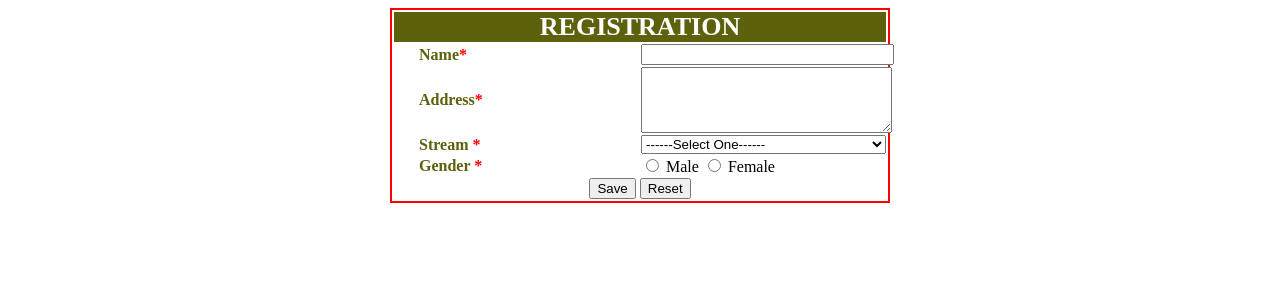
Repository: nsbgit/JavaTutorial
Page: http://localhost/Proj/
The author's editor kept a copy of each file at every save. The page is drawn from the files as they stood at one save, then again after the next save.
The browser window is 1280 px wide. The pictures show the whole page.
The page is served by Tomcat 9.

Above is the page before, as saved 2013-09-29 08:43:13.

After the next save:
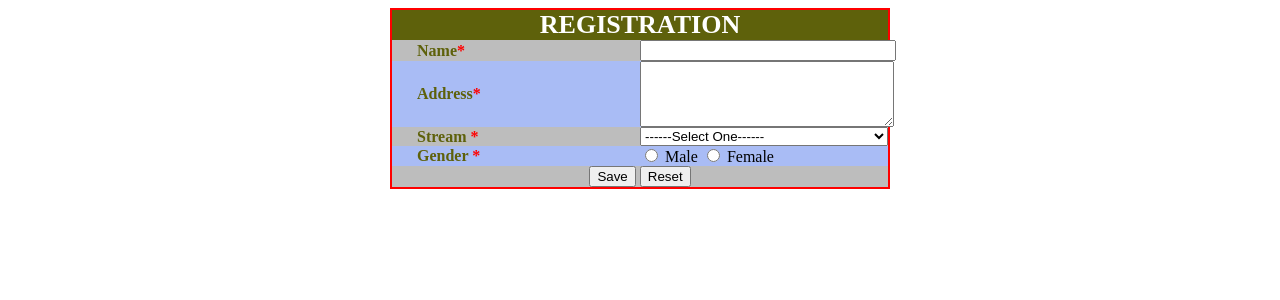
Saved 105 s later.
--- a/Webel/IDE/2013-09-29/TheSukanta/Proj/WebContent/first.jsp
+++ b/Webel/IDE/2013-09-29/TheSukanta/Proj/WebContent/first.jsp
@@ -27,23 +27,23 @@
 </style>
 </head>
 <body>
-	<table width="500px" align="center" class="tab" border="0" cellpadding="0">
+	<table width="500px" align="center" class="tab" border="0" cellpadding="0" cellspacing="0">
 		<tr>
 			<td align="center" colspan="2" class="hd"> REGISTRATION  </td>
 		</tr>
-		<tr>
+		<tr class="odd">
 			<td width="50%" class="lbl">Name<font color="red">*</font> </td>
 			<td>
 				<input type="text" name="sName" id="sName" style="width: 100%">
 			</td>
 		</tr>
-		<tr>
+		<tr class="even">
 			<td width="50%" class="lbl">Address<font color="red">*</font> </td>
 			<td>
 				<textarea rows="4" cols="20" name="add" id="add"  style="width: 100%"></textarea>
 			</td>
 		</tr>
-		<tr>
+		<tr class="odd">
 			<td width="50%" class="lbl">Stream <font color="red">*</font> </td>
 			<td>
 				<select name="stream" id="stream"  style="width: 100%">
@@ -54,14 +54,14 @@
 				</select>
 			</td>
 		</tr>
-		<tr>
+		<tr class="even">
 			<td width="50%" class="lbl">Gender <font color="red">*</font> </td>
 			<td>
 				<input type="radio" name="gen" value="m"> Male
 				<input type="radio" name="gen" value="f"> Female
 			</td>
 		</tr>
-		<tr>
+		<tr class="odd">
 			<td colspan="2" align="center">
 				<input type="submit" value="Save">
 				<input type="reset" value="Reset">
